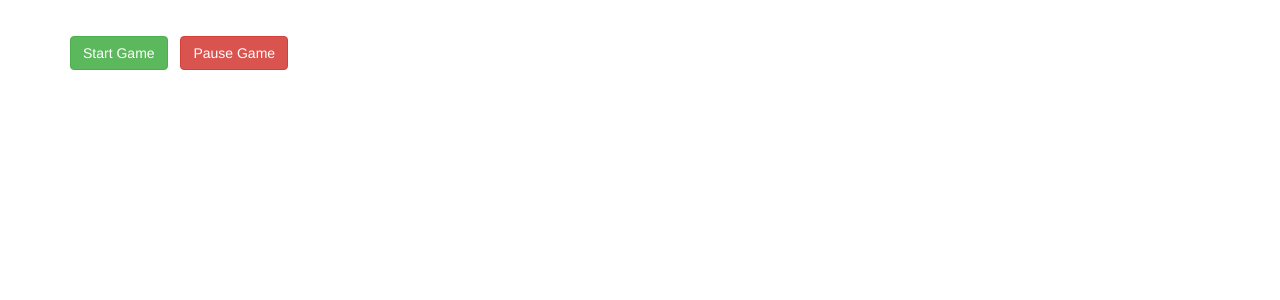
Repository: Shtaiwee1/Angular-JS
Page: / (app in EventBindingandEncapsulation/EventBindingViewEncapsulation_2/practice/)
An editor plug-in stored every save of this project. The page is shown before and after the next save, followed by the edit.
The browser window is 1280 px wide. The pictures show the whole page.
The project was rebuilt for these pictures with package versions that can differ from the ones it lists, and the page was loaded fresh each time. Also part of the build but not shown: EventBindingandEncapsulation/EventBindingViewEncapsulation_2/practice/angular.json.

Above is the page before, as saved 2022-07-07 16:31:50.

After the next save:
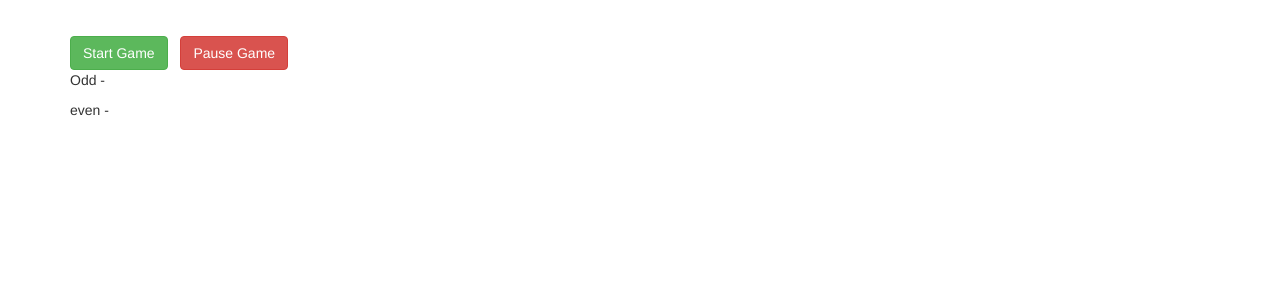
Saved 88 s later.
--- a/EventBindingandEncapsulation/EventBindingViewEncapsulation_2/practice/src/app/app.component.html
+++ b/EventBindingandEncapsulation/EventBindingViewEncapsulation_2/practice/src/app/app.component.html
@@ -3,5 +3,11 @@
     <div class="col-xs-12 ">
       <app-game-control (IntervalFired)="onIntervalFired($event)"></app-game-control>
     </div>
+    <div class="col-xs-12 ">
+      <app-odd></app-odd>
+    </div>
+    <div class="col-xs-12 ">
+      <app-even></app-even>
+    </div>
   </div>
 </div>
